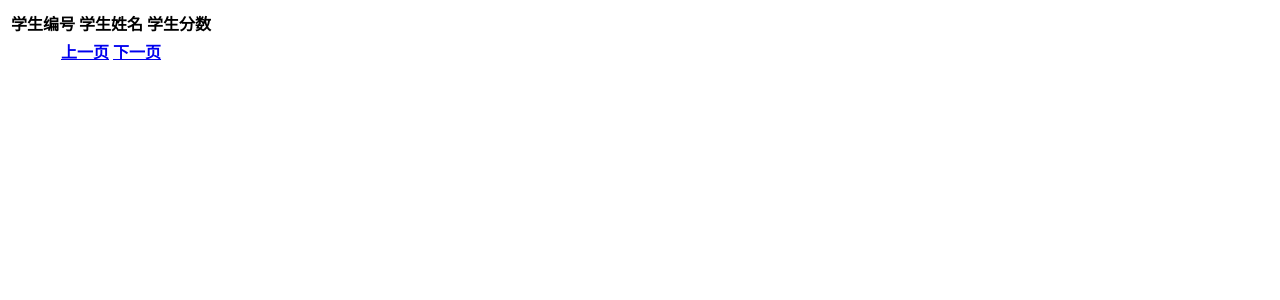
Repository: byuan98/study
Page: http://localhost/day071web/test/getallstudentpaging
The author's editor kept a copy of each file at every save. The page is drawn from the files as they stood at one save, then again after the next save.
The browser window is 1280 px wide. The pictures show the whole page.
The page is served by Tomcat 9. Other server files are loaded and not shown. Queries for data that is not in the repository find no rows.

Above is the page before, as saved 2021-03-30 12:06:27.

### day071web/WebContent/jsp/paging.jsp
<%@ page language="java" contentType="text/html; charset=UTF-8" pageEncoding="UTF-8"%>
<%@ taglib prefix="core" uri="http://java.sun.com/jsp/jstl/core"%>
<!DOCTYPE html>
<html>
<head>
<meta charset="UTF-8">
<title>分页效果</title>
</head>
<body>
  <core:if test="${empty requestScope.studentpaging}">
    <jsp:forward page="/test/getallstudentpaging"/>
  </core:if>
  <table>
    <tr>
      <th>学生编号</th><th>学生姓名</th><th>学生分数</th>
    </tr>
    <core:forEach items="${requestScope.studentpaging.list}" var="stu">
      <tr>
        <td>${stu.stuid}</td>
        <td>${stu.stuname}</td>
        <td>${stu.stuscore}</td>
      </tr>
    </core:forEach>
    <tr>
      <th colspan="5">
        <core:if test="${requestScope.studentpaging.pageNumber!=1}">
          <a href="<core:url value='/test/getallstudentpaging?pageNumber=${requestScope.studentpaging.pageNumber-1}'/>">上一页</a>
        </core:if>
        <core:if test="${requestScope.studentpaging.pageNumber!=1}">
          <a href="<core:url value='/test/getallstudentpaging?pageNumber=${requestScope.studentpaging.pageNumber+1}'/>">下一页</a>
        </core:if>
      </th>
    </tr>
  </table>
</body>
</html>

### day071web/src/servlet/GetAllStudentPaging.java
package servlet;

import java.io.IOException;
import java.util.List;

import javax.servlet.ServletException;
import javax.servlet.annotation.WebServlet;
import javax.servlet.http.HttpServlet;
import javax.servlet.http.HttpServletRequest;
import javax.servlet.http.HttpServletResponse;

import bean.PagingBean;
import dao.StudentDao;
import entity.Student;

@WebServlet("/test/getallstudentpaging")
public class GetAllStudentPaging extends HttpServlet{
    protected void doGet(HttpServletRequest req, HttpServletResponse resp) throws ServletException, IOException {
        Integer pageNumber;
        Integer pageSize=10;//每页记录的数量
        try {
            pageNumber=new Integer(req.getParameter("pageNumber"));
        }catch(NumberFormatException e) {//如果获取不到数字
            pageNumber=1;
        }

        Integer count=new StudentDao().getStudentCount();//获取总记录数
        PagingBean<Student> paging=new PagingBean<Student>();
        paging.setCount(count);
        paging.setPageSize(pageSize);
        paging.setPageNumber(pageNumber);

        List<Student> partStudent=new StudentDao().getAllStudentPaging(paging.getStartIndex(), paging.getPageSize());

        paging.setList(partStudent);

        req.setAttribute("studentpaging", paging);
        req.getRequestDispatcher("/jsp/paging.jsp").forward(req, resp);
    }

    protected void doPost(HttpServletRequest req, HttpServletResponse resp) throws ServletException, IOException {
        doGet(req, resp);
    }
}

### day071web/src/dao/StudentDaoInter.java
package dao;

import java.util.ArrayList;

import entity.Student;

public interface StudentDaoInter {
//    查询所有学生
    public ArrayList<Student> getAllStudent();

//    查询所有学生并进行分页，传入两个参数，startIndex起始位置，pageSize每页的显示数量
    public ArrayList<Student> getAllStudentPaging(Integer startIndex, Integer pageSize);


    public Integer getStudentCount();
}

### day071web/src/dao/StudentDao.java
package dao;

import java.sql.Connection;
import java.sql.PreparedStatement;
import java.sql.ResultSet;
import java.sql.SQLException;
import java.util.ArrayList;

import entity.Student;
import util.JdbcUtil;

public class StudentDao implements StudentDaoInter{
    public ArrayList<Student> getAllStudent() {
        Connection con=null;
        PreparedStatement pre=null;
        ResultSet set=null;
        String sql="select * from student";
        ArrayList<Student> allStudent=new ArrayList<Student>();

        try {
            con=JdbcUtil.getConnection();
            pre=con.prepareStatement(sql);
            set=pre.executeQuery();

            while(set.next()) {
                Integer stuid=set.getInt("stuid");
                String stuname=set.getString("stuname");
                Double stuscore=set.getDouble("stuscore");
                allStudent.add(new Student(stuid, stuname, stuscore));
            }
        }catch(SQLException e) {
            throw new RuntimeException(e);
        }finally {
            JdbcUtil.close(con, pre, set);
        }
        return allStudent;
    }


    public ArrayList<Student> getAllStudentPaging(Integer startIndex, Integer pageSize) {
        Connection con=null;
        PreparedStatement pre=null;
        ResultSet set=null;
        String sql="select * from student limit ?,?";
        ArrayList<Student> partStudent=new ArrayList<Student>();
        try {
            con=JdbcUtil.getConnection();
            pre=con.prepareStatement(sql);
            pre.setInt(1, startIndex);//startIndex起始位置
            pre.setInt(2, pageSize);//pageSize每页显示的总数
            set=pre.executeQuery();
            while(set.next()) {
                Integer stuid=set.getInt("stuid");
                String stuname=set.getString("stuname");
                Double stuscore=set.getDouble("stuscore");
                partStudent.add(new Student(stuid, stuname, stuscore));
            }
        }catch(SQLException e) {
            throw new RuntimeException(e);
        }finally {
            JdbcUtil.close(con, pre, set);
        }
        return partStudent;
    }


    public Integer getStudentCount() {
        Connection con=null;
        PreparedStatement pre=null;
        ResultSet set=null;
        String sql="select count(*) count from student";
        Integer count=0;
        try {
            con=JdbcUtil.getConnection();
            pre=con.prepareStatement(sql);
            set=pre.executeQuery();
            if(set.next()) {
                count=set.getInt("count");
            }
        }catch(SQLException e) {
            throw new RuntimeException(e);
        }finally {
            JdbcUtil.close(con, pre, set);
        }
        return count;
    }
}

### day071web/src/util/JdbcUtil.java
package util;

import java.sql.Connection;
import java.sql.DriverManager;
import java.sql.ResultSet;
import java.sql.SQLException;
import java.sql.Statement;

public class JdbcUtil {
    private static final String DRIVER_NAME;
    private static final String URL;
    private static final String USER;
    private static final String PASSWORD;

    static {
        DRIVER_NAME="com.mysql.jdbc.Driver";
        URL="jdbc:mysql://192.168.217.14:3306/study";
        USER="root";
        PASSWORD="root";

        try {
            Class.forName(DRIVER_NAME);
        } catch (ClassNotFoundException e) {
            throw new RuntimeException(e);
        }
    }

    public static Connection getConnection() {
        try {
            return DriverManager.getConnection(URL, USER, PASSWORD);
        } catch (SQLException e) {
            throw new RuntimeException(e);
        }
    }
    public static void close(Connection con, Statement sta, ResultSet set) {
        try {
            if(con!=null) {con.close();}
            if(sta!=null) {sta.close();}
            if(set!=null) {set.close();}
        } catch (SQLException e) {
            throw new RuntimeException(e);
        }
    }

    public static void main(String[] args) {
        Connection con=getConnection();
        System.out.println(con);
        close(con, null, null);
    }
}

### day071web/src/bean/PagingBean.java
package bean;

import java.util.List;

public class PagingBean<E>{//泛型类，此类中涉及到的某个类型是变量
    private Integer pageNumber;//当前页数
    private Integer pageTotal;//总页数
    private Integer pageSize;//每页记录数
    private Integer count;//总记录数
    private Integer startIndex;//起始索引
    private List<E> list;//当前页要显示的记录信息
    private String queryString;//查询条件

    public PagingBean() {

    }
    public PagingBean(Integer pageNumber, Integer pageSize, Integer count, List<E> list) {
        this.pageNumber = pageNumber;//当前页数
        this.pageSize = pageSize;//每页记录数
        this.count = count;//总记录数
        this.list = list;//当前页要显示的记录信息
    }

    public Integer getPageNumber() {
        return pageNumber;
    }
    public void setPageNumber(Integer pageNumber) {
        if(pageNumber<=0) {pageNumber=1;}
        pageNumber=pageNumber>getPageTotal()?getPageTotal():pageNumber;

        this.pageNumber = pageNumber;
    }
    public Integer getPageTotal() {
        return count/getPageSize()+(count%getPageSize()==0?0:1);
    }
//    public void setPageTotal(Integer pageTotal) {//总页数
//        this.pageTotal = pageTotal;
//    }
    public Integer getPageSize() {
        return pageSize;
    }
    public void setPageSize(Integer pageSize) {
        this.pageSize = pageSize;
    }
    public Integer getCount() {
        return count;
    }
    public void setCount(Integer count) {
        this.count = count;
    }
    public Integer getStartIndex() {
        return (pageNumber-1)*pageSize;
    }
//    public void setStartIndex(Integer startIndex) {//起始索引是算出来的不需要set方法
//        this.startIndex = startIndex;
//    }
    public List<E> getList() {
        return list;
    }
    public void setList(List<E> list) {
        this.list = list;
    }
    public String getQueryString() {
        return queryString;
    }
    public void setQueryString(String queryString) {
        this.queryString = queryString;
    }
}

After the next save:
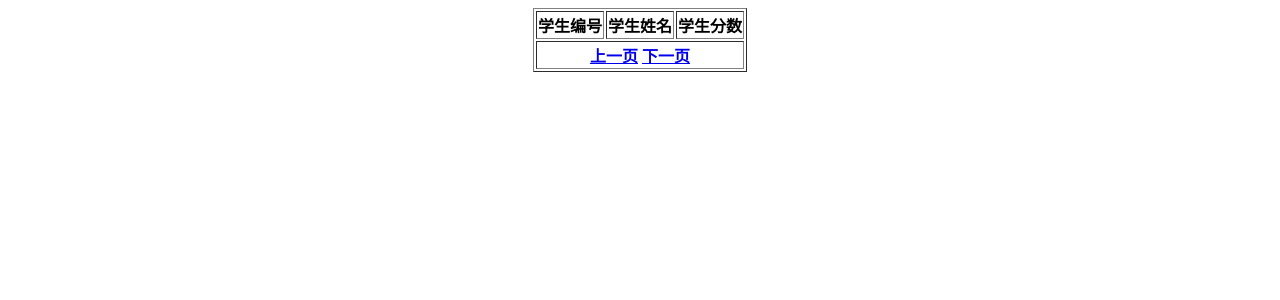
Saved 14 s later.
--- a/day071web/WebContent/jsp/paging.jsp
+++ b/day071web/WebContent/jsp/paging.jsp
@@ -10,7 +10,7 @@
   <core:if test="${empty requestScope.studentpaging}">
     <jsp:forward page="/test/getallstudentpaging"/>
   </core:if>
-  <table>
+  <table align="center" border="solid">
     <tr>
       <th>学生编号</th><th>学生姓名</th><th>学生分数</th>
     </tr>
